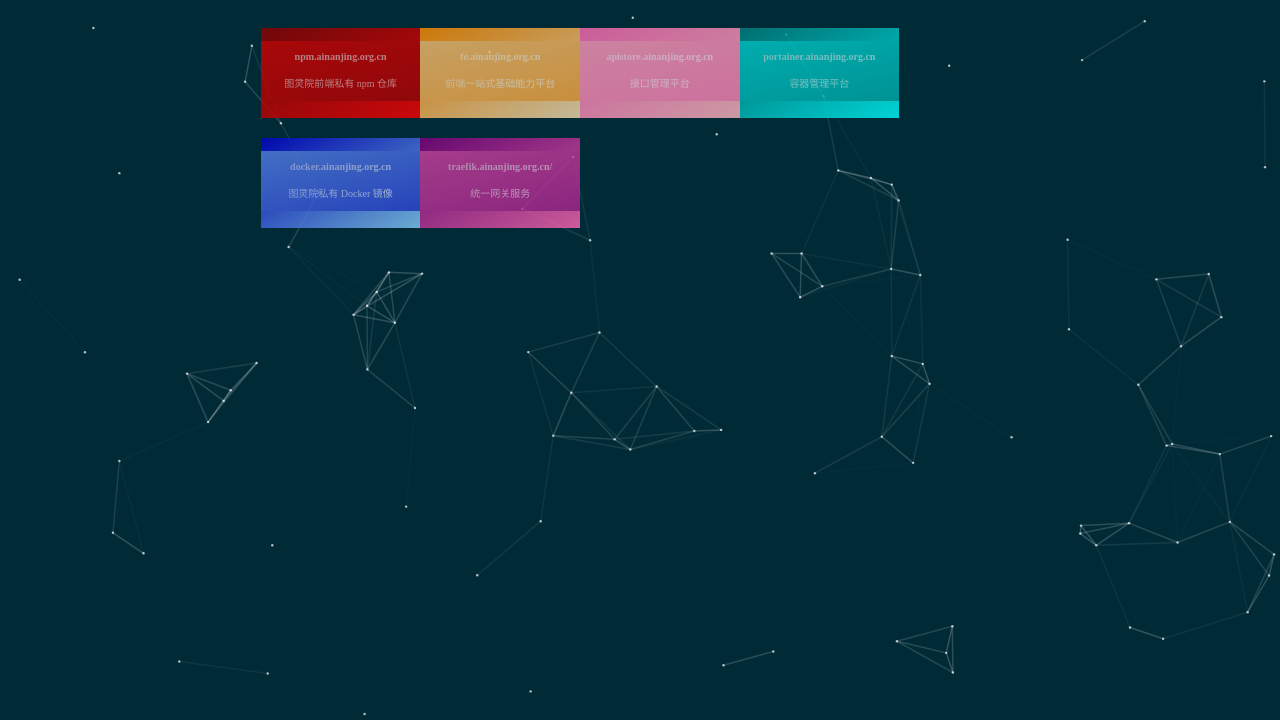
Repository: heweiwei1/portainer
Page: index.html
An editor plug-in stored every save of this project. The page is shown before and after the next save, followed by the edit.
The browser window is 1280 px wide. The pictures show the whole page.

Above is the page before, as saved 2021-04-14 14:14:43.

### index.html
<!DOCTYPE html>
<html lang="en">
<head>
  <meta charset="UTF-8">
  <meta http-equiv="X-UA-Compatible" content="IE=edge">
  <meta name="viewport" content="width=device-width, initial-scale=1.0">
  <title>网页</title>
  <link rel="stylesheet" href="index.css">
  <script src="index.js"></script>
</head>
<body>
  <div class="demo">
    <div class="box">
      <a class="demo1 demo-1" href="https://npm.ainanjing.org.cn/">
          <div class="trans">
            <h4>npm.ainanjing.org.cn</h4>
            <p>图灵院前端私有 npm 仓库</p>
          </div>
      </a>
    </div>
    <div class="box">
      <a class="demo1 demo-2" href="https://fe.ainanjing.org.cn" id="pop">
            <div class="trans">
              <h4>fe.ainanjing.org.cn</h4>
              <p>前端一站式基础能力平台</p>
            </div>
      </a>
    </div>
    <div class="box">
      <a class="demo1 demo-3" href="https://apistore.ainanjing.org.cn">
          <div class="trans">
            <h4>apistore.ainanjing.org.cn</h4>
            <p>接口管理平台</p>
          </div>
      </a>
    </div>
    <div class="box">
      <a class="demo1 demo-4" href="https://portainer.ainanjing.org.cn">
          <div class="trans">
            <h4>portainer.ainanjing.org.cn</h4>
            <p>容器管理平台</p>
          </div>
      </a>
    </div>
    <div class="box">
      <a class="demo1 demo-5" href="https://docker.ainanjing.org.cn">
          <div class="trans">
            <h4>docker.ainanjing.org.cn</h4>
            <p>图灵院私有 Docker 镜像</p>
          </div>
      </a>
    </div>
    <div class="box">
      <a class="demo1 demo-6" href="https://traefik.ainanjing.org.cn/">
          <div class="trans">
            <h4>traefik.ainanjing.org.cn/</h4>
            <p>统一网关服务</p>
          </div>
      </a>
    </div>
  </div>
</body>
</html>

### index.css
a {
  text-decoration: none;
  color: #000;
}
.demo {
  width: 60%;
  margin: auto;
  display: flex;
  flex-flow: row wrap;
}
.box {
  width: calc((100% - 120px) / 4);
}

.demo a {
  position: relative;
  display: flex;
  flex-direction: column;
  align-items: center;
  width: 100%;
  height: 0px;
  padding-bottom: 56.25%;
  margin-top: 20px;
  font-size: 10px;
}
.demo a:not(:nth-child(4n)){
  margin-right: 40px;
}
.trans {
  position:absolute;
  top: 13.2px;
  width: calc(100% - 40px);
  padding: 30px 20px;
  display: flex;
  justify-content: center;
  opacity: 0.6;
}
.demo1:hover .trans{
  opacity: 1;
}
.demo1 {
  opacity: 0.8;
}
.trans p{
  position: absolute;
  top: 24px;
  color: #fff;
}
.trans h4{
  position: absolute;
  top: -3px;
  color: #fff;
}
.demo-1 {
  background-image: linear-gradient(to bottom right,#8b0000,#ff0000);

}
.demo-1 .trans{
  background-image: linear-gradient(to top left,#8b0000,#ff0000);
}
.demo-2 {
  background-image: linear-gradient(to bottom right,#ff8c00,#f5deb3);
}
.demo-2 .trans{
  background-image: linear-gradient(to top left,#ff8c00,#f5deb3);
}
.demo-3 {
  background-image: linear-gradient(to bottom right,#ff69b4,#ffb6c1);
}
.demo-3 .trans{
  background-image: linear-gradient(to top left,#ff69b4,#ffb6c1);
}
.demo-4 {
  background-image: linear-gradient(to bottom right,#008080,#00ffff);
}
.demo-4 .trans{
  background-image: linear-gradient(to top left,#008080,#00ffff);
}
.demo-5 {
  background-image: linear-gradient(to bottom right,#0000cd,#87cefa);
}
.demo-5 .trans{
  background-image: linear-gradient(to top left,#0000cd,#87cefa);
}
.demo-6 {
  background-image: linear-gradient(to bottom right,#800080,#ff69b4);
}
.demo-6 .trans{
  background-image: linear-gradient(to top left,#800080,#ff69b4);
}

### index.js
window.onload = function(){
  var pop = document.getElementById("pop");
  pop.onclick = function(){
    alert("暂未启用");
    return false;
  }
  // 可调参数
var BACKGROUND_COLOR = "rgba(0,43,54,1)";   // 背景色
var POINT_NUM = 99;                         // 屏幕上点的数目
var POINT_COLOR = "rgba(255,255,255,0.7)";  // 点的颜色
var LINE_LENGTH = 10000;                    // 点之间连线长度(的平方)

// 创建背景画布
var cvs = document.createElement("canvas");
cvs.width = window.innerWidth;
cvs.height = window.innerHeight;
cvs.style.cssText = "\
    position:fixed;\
    top:0px;\
    left:0px;\
    z-index:-1;\
    opacity:1.0;\
    ";
document.body.appendChild(cvs);

var ctx = cvs.getContext("2d");

var startTime = new Date().getTime();

//随机数函数
function randomInt(min, max) {
    return Math.floor((max - min + 1) * Math.random() + min);
}

function randomFloat(min, max) {
    return (max - min) * Math.random() + min;
}

//构造点类
function Point() {
    this.x = randomFloat(0, cvs.width);
    this.y = randomFloat(0, cvs.height);

    var speed = randomFloat(0.3, 1.4);
    var angle = randomFloat(0, 2 * Math.PI);

    this.dx = Math.sin(angle) * speed;
    this.dy = Math.cos(angle) * speed;

    this.r = 1.2;

    this.color = POINT_COLOR;
}

Point.prototype.move = function () {
    this.x += this.dx;
    if (this.x < 0) {
        this.x = 0;
        this.dx = -this.dx;
    } else if (this.x > cvs.width) {
        this.x = cvs.width;
        this.dx = -this.dx;
    }
    this.y += this.dy;
    if (this.y < 0) {
        this.y = 0;
        this.dy = -this.dy;
    } else if (this.y > cvs.height) {
        this.y = cvs.height;
        this.dy = -this.dy;
    }
}

Point.prototype.draw = function () {
    ctx.fillStyle = this.color;
    ctx.beginPath();
    ctx.arc(this.x, this.y, this.r, 0, Math.PI * 2);
    ctx.closePath();
    ctx.fill();
}

var points = [];

function initPoints(num) {
    for (var i = 0; i < num; ++i) {
        points.push(new Point());
    }
}

var p0 = new Point(); //鼠标
p0.dx = p0.dy = 0;
var degree = 2.5;
document.onmousemove = function (ev) {
    p0.x = ev.clientX;
    p0.y = ev.clientY;
}
document.onmousedown = function (ev) {
    degree = 5.0;
    p0.x = ev.clientX;
    p0.y = ev.clientY;
}
document.onmouseup = function (ev) {
    degree = 2.5;
    p0.x = ev.clientX;
    p0.y = ev.clientY;
}
window.onmouseout = function () {
    p0.x = null;
    p0.y = null;
}

function drawLine(p1, p2, deg) {
    var dx = p1.x - p2.x;
    var dy = p1.y - p2.y;
    var dis2 = dx * dx + dy * dy;
    if (dis2 < 2 * LINE_LENGTH) {
        if (dis2 > LINE_LENGTH) {
            if (p1 === p0) {
                p2.x += dx * 0.03;
                p2.y += dy * 0.03;
            } else return;
        }
        var t = (1.05 - dis2 / LINE_LENGTH) * 0.2 * deg;
        ctx.strokeStyle = "rgba(255,255,255," + t + ")";
        ctx.beginPath();
        ctx.lineWidth = 1.5;
        ctx.moveTo(p1.x, p1.y);
        ctx.lineTo(p2.x, p2.y);
        ctx.closePath();
        ctx.stroke();
    }
    return;
}

//绘制每一帧
function drawFrame() {
    cvs.width = window.innerWidth;
    cvs.height = window.innerHeight;
    ctx.fillStyle = BACKGROUND_COLOR;
    ctx.fillRect(0, 0, cvs.width, cvs.height);

    var arr = (p0.x == null ? points : [p0].concat(points));
    for (var i = 0; i < arr.length; ++i) {
        for (var j = i + 1; j < arr.length; ++j) {
            drawLine(arr[i], arr[j], 1.0);
        }
        arr[i].draw();
        arr[i].move();
    }

    window.requestAnimationFrame(drawFrame);
}

  initPoints(POINT_NUM);
  drawFrame();
}

After the next save:
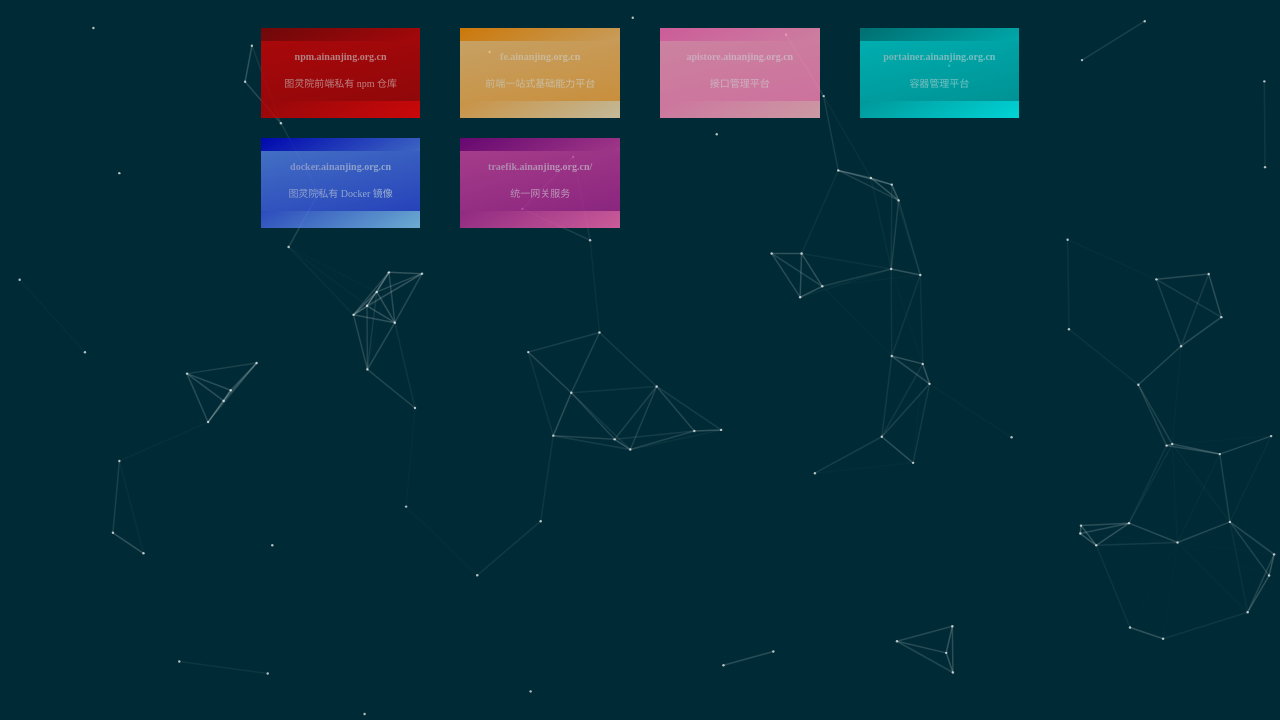
Saved 35 s later.
--- a/index.css
+++ b/index.css
@@ -23,7 +23,7 @@ a {
   margin-top: 20px;
   font-size: 10px;
 }
-.demo a:not(:nth-child(4n)){
+.demo .box:not(:nth-child(4n)){
   margin-right: 40px;
 }
 .trans {
